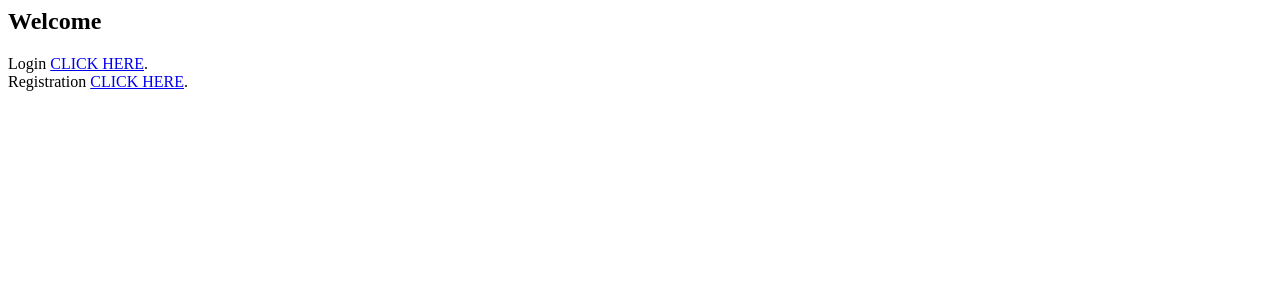
Repository: OrusuRatnamala/JAVA
Page: http://localhost/TrainWeb/
These files come from the project's save history. The page is drawn as it stood at one moment and after the next save; the edit follows.
The browser window is 1280 px wide. The pictures show the whole page.
The page is served by Tomcat 9. Other server files are loaded and not shown.

Above is the page before, as saved 2023-10-11 06:46:02.

### springdao/TrainWeb/src/main/webapp/index.jsp
<html>
<body>
	<style>
p {
	background-image: url('C:\Users\ratnamalao\Downloads\train1.jpg');
}
</style>

	<h2>Welcome</h2>
	Login
	<a href="login.jsp">CLICK HERE</a>.
	<br>Registration
	<a href="registration.jsp">CLICK HERE</a>.
</body>
</html>

After the next save:
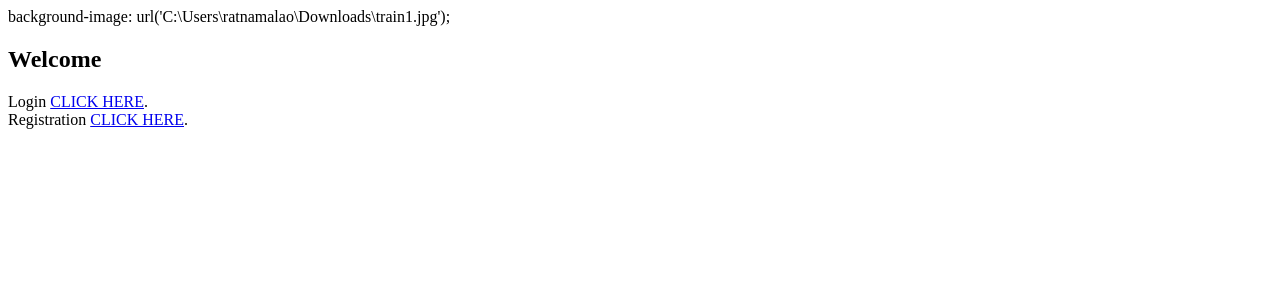
Saved 2 min 5 s later.
--- a/springdao/TrainWeb/src/main/webapp/index.jsp
+++ b/springdao/TrainWeb/src/main/webapp/index.jsp
@@ -1,10 +1,8 @@
 <html>
 <body>
-	<style>
-p {
 	background-image: url('C:\Users\ratnamalao\Downloads\train1.jpg');
-}
-</style>
+
+
 
 	<h2>Welcome</h2>
 	Login
